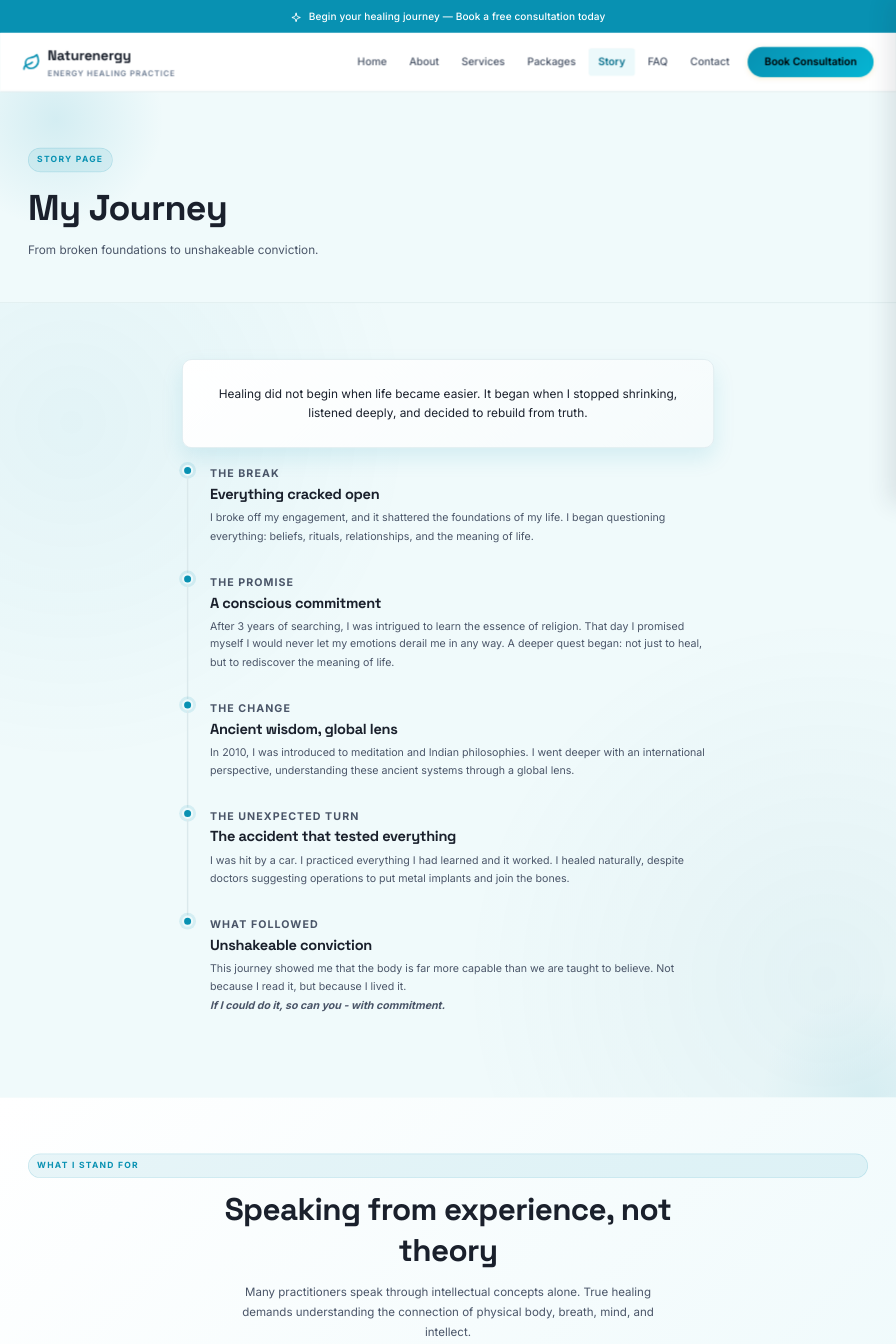
Repository: Ethxmnhz/nt_landing
Page: /story
The author's editor kept a copy of each file at every save. The page is drawn from the files as they stood at one save, then again after the next save.
The browser window is 1280 px wide. The pictures show the part of the page from y = 0 to 1920 px (the page is 3206 px tall before and 3216 px after), at 70% of full size.
The project was rebuilt for these pictures with package versions that can differ from the ones it lists, and the page was loaded fresh each time. Also part of the build but not shown: vite.config.ts, src/pages/AboutPage.tsx, src/pages/BookPage.tsx, src/pages/ContactPage.tsx, src/components/ui/FaqAccordion.tsx, src/pages/FaqPage.tsx, src/pages/HomePage.tsx, src/pages/PackagesPage.tsx.

Above is the page before, as saved 2026-04-06 20:10:35.

After the next save:
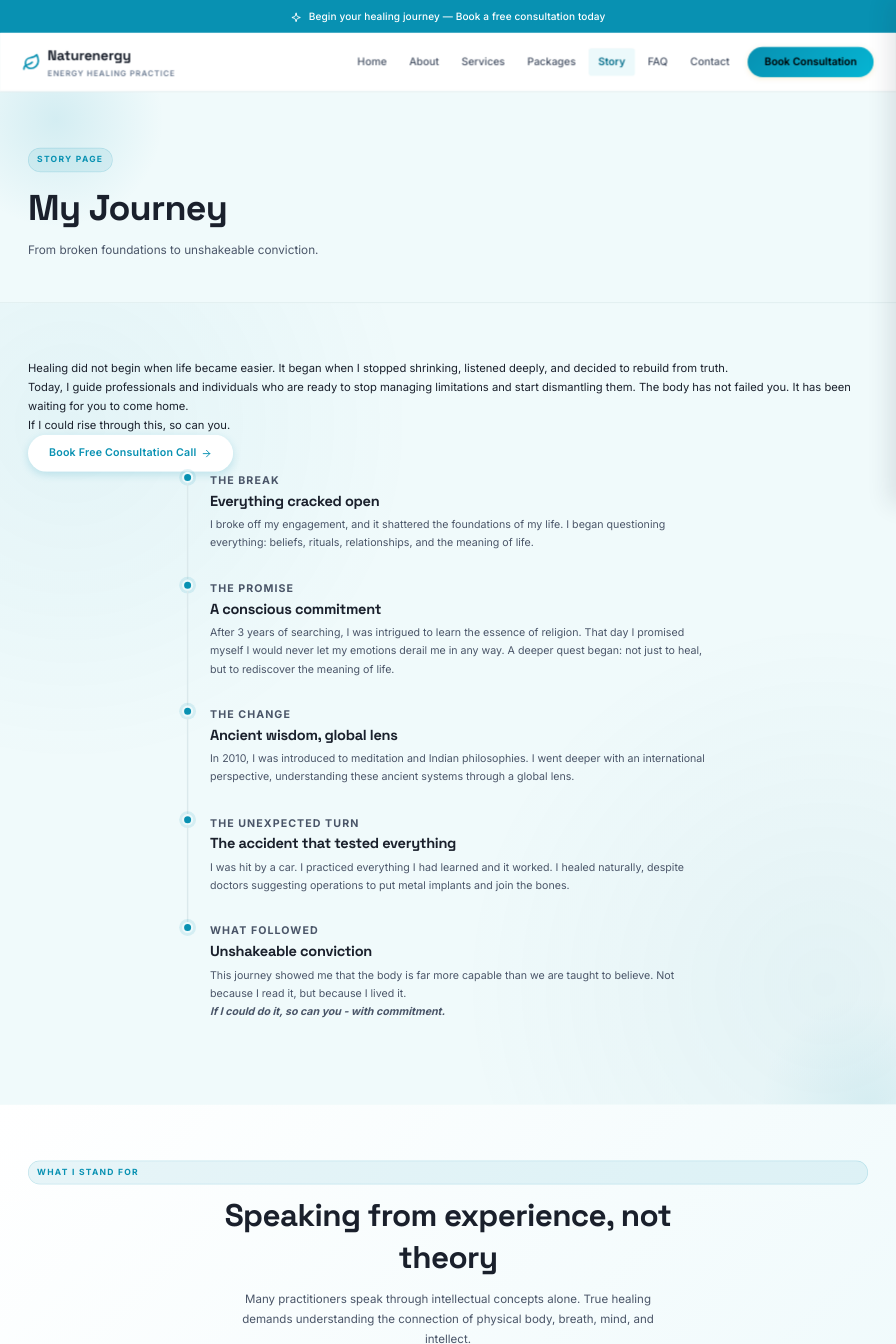
Saved 7 min 10 s later.
--- a/src/pages/StoryPage.tsx
+++ b/src/pages/StoryPage.tsx
@@ -21,11 +21,23 @@ export function StoryPage() {
       <section className="section-light">
         <div className="section-shell">
           <AnimatedSection>
-            <article className="doc-cta-panel doc-story-top-quote">
+            <article className="story-manifesto">
+              <div className="story-manifesto-glow" />
               <p>
                 Healing did not begin when life became easier. It began when I stopped shrinking,
                 listened deeply, and decided to rebuild from truth.
               </p>
+              <p>
+                Today, I guide professionals and individuals who are ready to stop managing
+                limitations and start dismantling them. The body has not failed you. It has been
+                waiting for you to come home.
+              </p>
+              <p className="story-manifesto-signature">
+                If I could rise through this, so can you.
+              </p>
+              <ButtonLink to="/book" className="story-manifesto-cta">
+                Book Free Consultation Call <ArrowRight size={16} style={{ marginLeft: 6 }} />
+              </ButtonLink>
             </article>
           </AnimatedSection>
           <div className="story-timeline doc-story-timeline-enhanced">
